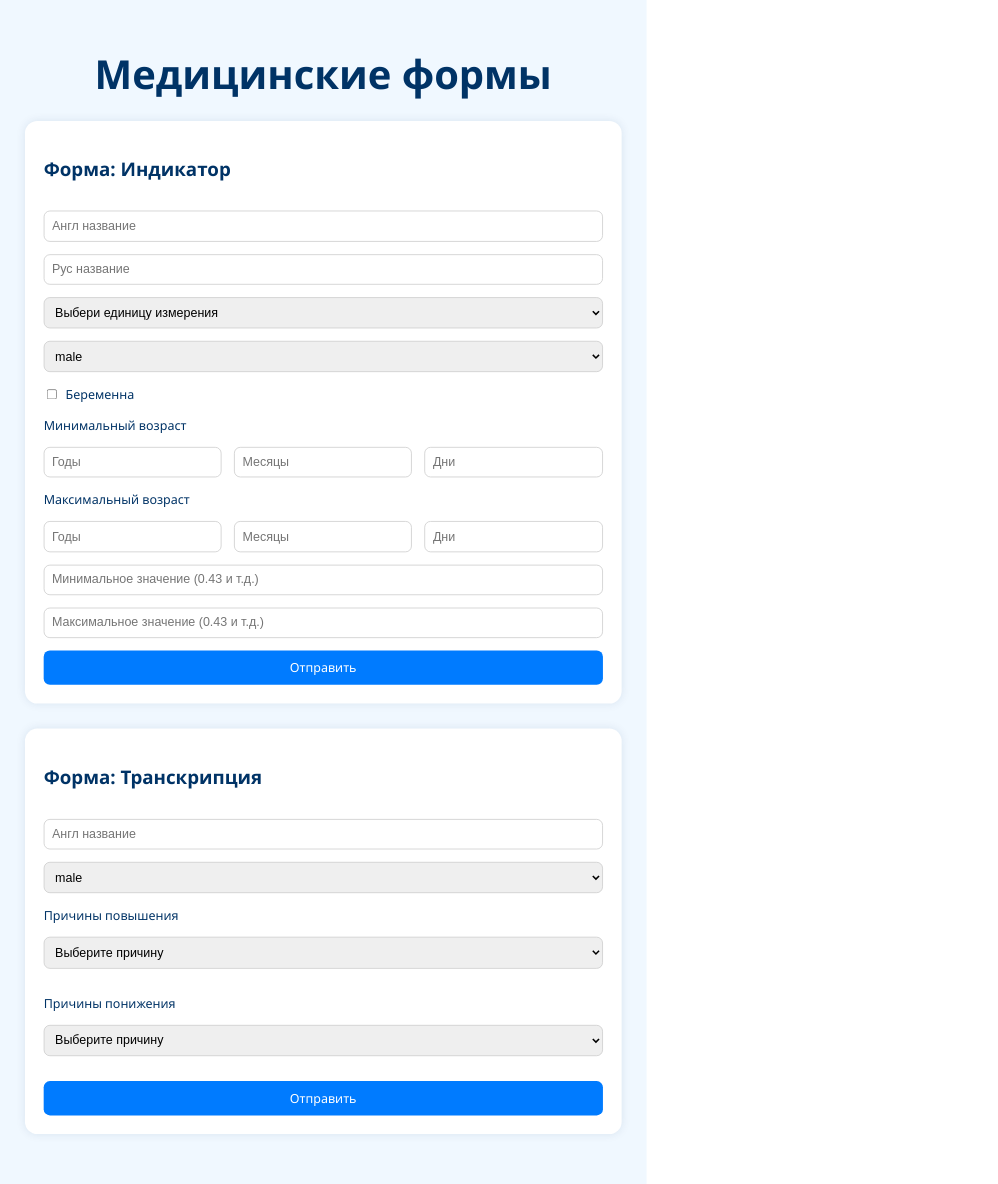
Repository: GGlebux/Transay
Page: / (app in frontend/)
These files come from the project's save history. The page is drawn as it stood at one moment and after the next save; the edit follows.
The browser window is 1280 px wide. The pictures show the whole page, at 78% of full size.
The project was rebuilt for these pictures with package versions that can differ from the ones it lists, and the page was loaded fresh each time. Also part of the build but not shown: frontend/vite.config.ts.

Above is the page before, as saved 2025-08-04 16:20:13.

After the next save:
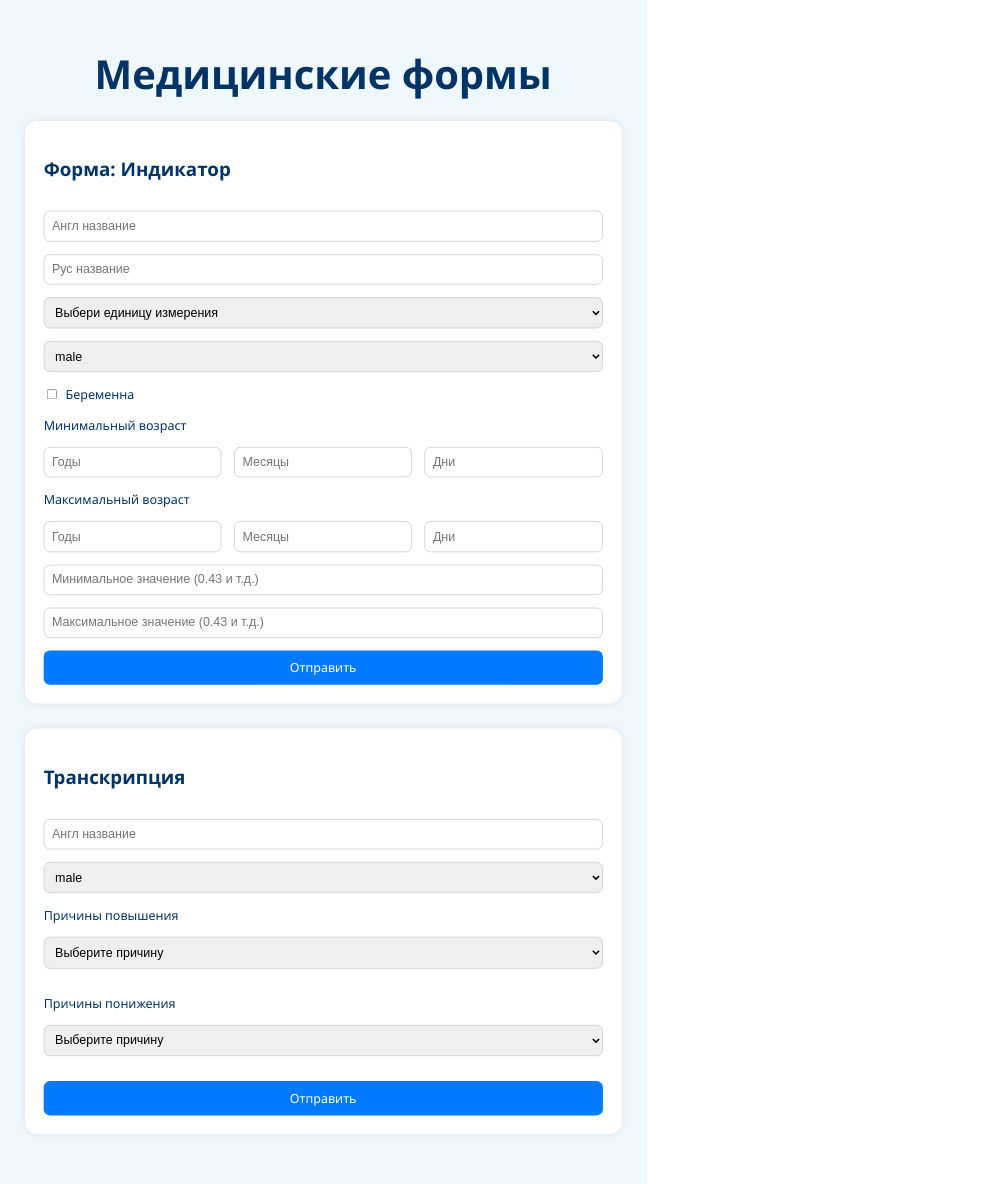
Saved 29 s later.
--- a/frontend/src/components/TranscriptForm.tsx
+++ b/frontend/src/components/TranscriptForm.tsx
@@ -21,7 +21,7 @@ function TranscriptForm() {
 
   return (
     <form className="form-card">
-      <h2>Форма: Транскрипция</h2>
+      <h2>Транскрипция</h2>
 
       <input placeholder="Англ название" />
 
